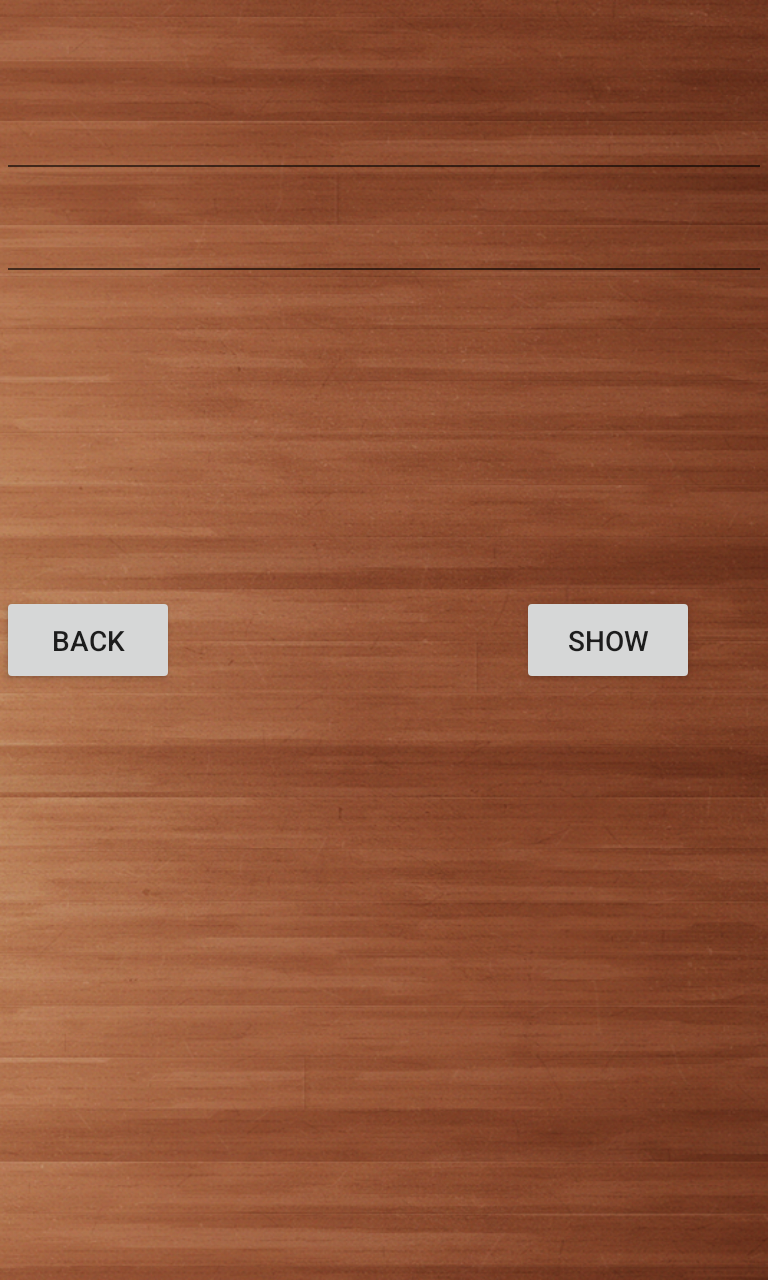
Repository: vipinvkamara/layouts
Layout: RegistrationForm/res/layout/activity_form.xml
An editor plug-in stored every save of this project. The layout is shown before and after the next save, followed by the edit.
It is drawn on a 768 x 1280 px phone screen (xhdpi) without system bars, with theme AppTheme; the app's code is not run.

Above is the layout before, as saved 2014-12-16 23:59:24.

### RegistrationForm/res/layout/activity_form.xml
<RelativeLayout xmlns:android="http://schemas.android.com/apk/res/android"
    xmlns:tools="http://schemas.android.com/tools"
    xmlns:android1="http://schemas.android.com/apk/res/android"
    android:layout_width="match_parent"
    android:layout_height="match_parent"
    android:background="@drawable/ic_woo"
    tools:context="com.example.registrationform.MainActivity" >

    <EditText
        android:id="@+id/edittxt1"
        android:layout_width="match_parent"
        android:layout_height="wrap_content"
        android:layout_alignParentLeft="true"
        android:layout_below="@+id/editText1"
        android:layout_marginTop="10dp"
        android:ems="10"
        android:inputType="textEmailAddress" />

    <EditText
        android:id="@+id/editText1"
        android:layout_width="match_parent"
        android:layout_height="wrap_content"
        android:layout_alignParentLeft="true"
        android:layout_alignParentTop="true"
        android:layout_marginTop="50dp"
        android:ems="10"
        android:inputType="textPersonName" />

    <Button
        android:id="@+id/button1"
        android:layout_width="wrap_content"
        android:layout_height="wrap_content"
        android:layout_alignParentRight="true"
        android:layout_centerVertical="true"
        android:layout_marginRight="36dp"
        android1:clickable="true"
         android:onClick="onShowtxt"
        android:text="SHOW" />

    <Button
        android:id="@+id/button2"
        android:layout_width="wrap_content"
        android:layout_height="wrap_content"
        android:layout_alignBottom="@+id/button1"
        android:layout_alignParentLeft="true"
        android1:onClick="onBack"
        android:text="BACK" />

</RelativeLayout>

Loaded but not shown: RegistrationForm/res/values/styles.xml (common file); RegistrationForm/res/values-v11/styles.xml (common file); RegistrationForm/res/values-v14/styles.xml (common file)

After the next save:
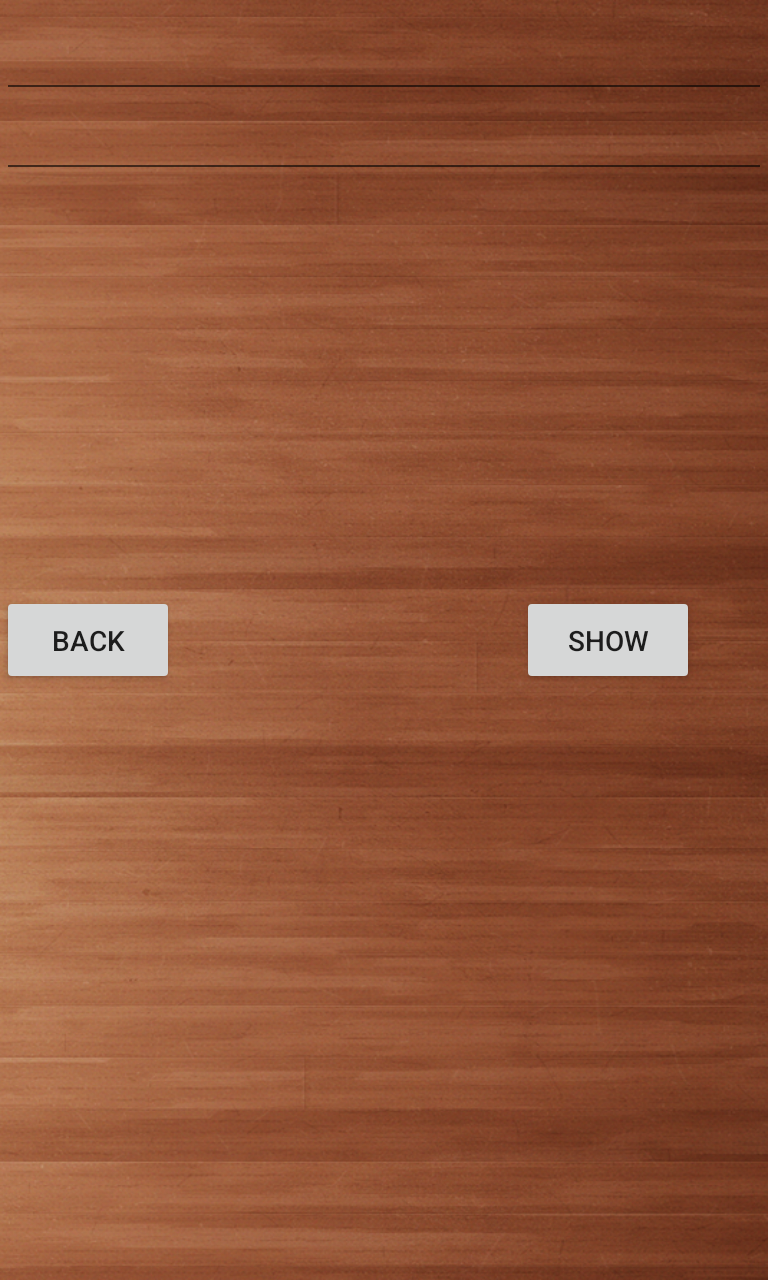
Saved 7 s later.
--- a/RegistrationForm/res/layout/activity_form.xml
+++ b/RegistrationForm/res/layout/activity_form.xml
@@ -17,7 +17,7 @@
         android:inputType="textEmailAddress" />
 
     <EditText
-        android:id="@+id/editText1"
+        android:id="@+id/edittxt2"
         android:layout_width="match_parent"
         android:layout_height="wrap_content"
         android:layout_alignParentLeft="true"
